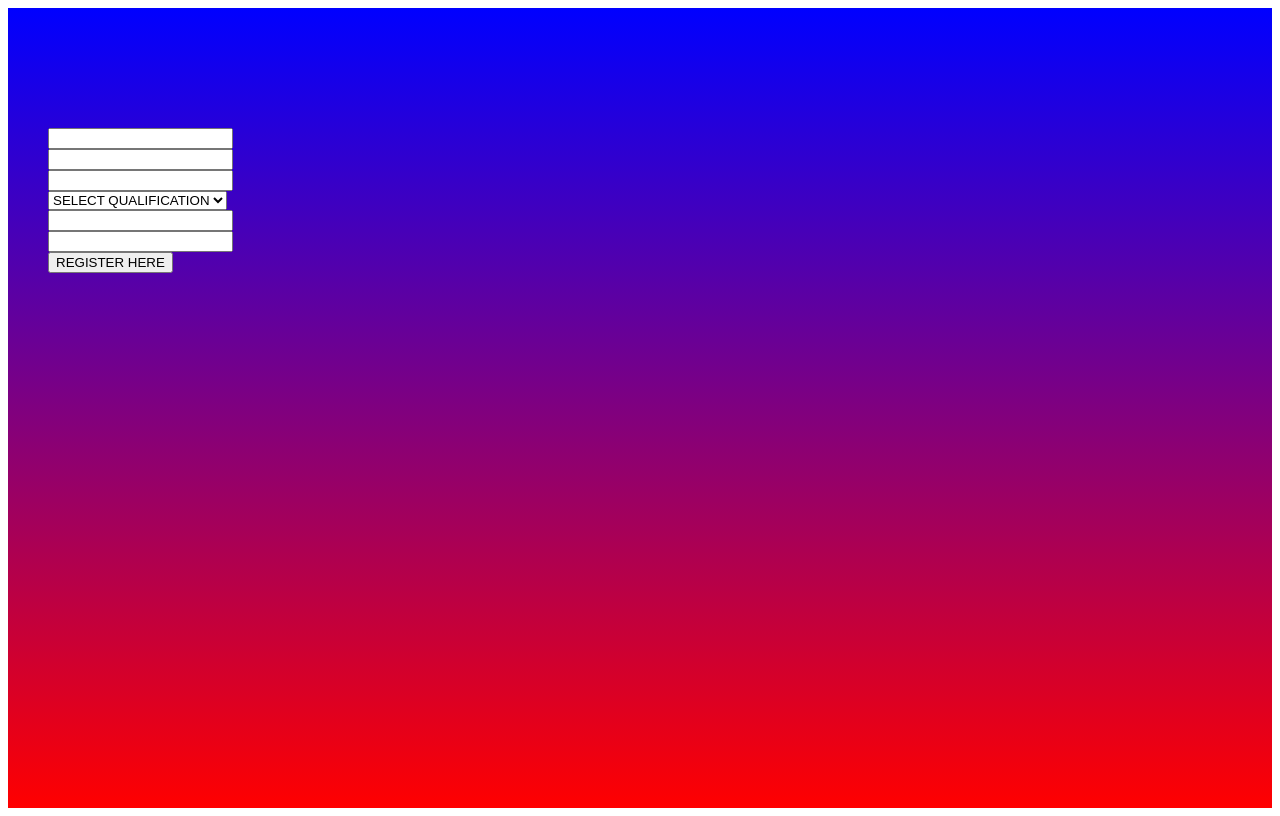
Repository: vaibhaokamble/MY_INSTITUTE_PUNE
Page: SERVLET/RegistrationApplication/src/main/webapp/register.html
The author's editor kept a copy of each file at every save. The page is drawn from the files as they stood at one save, then again after the next save.
The browser window is 1280 px wide. The pictures show the whole page.

Above is the page before, as saved 2022-10-18 04:28:43.

After the next save:
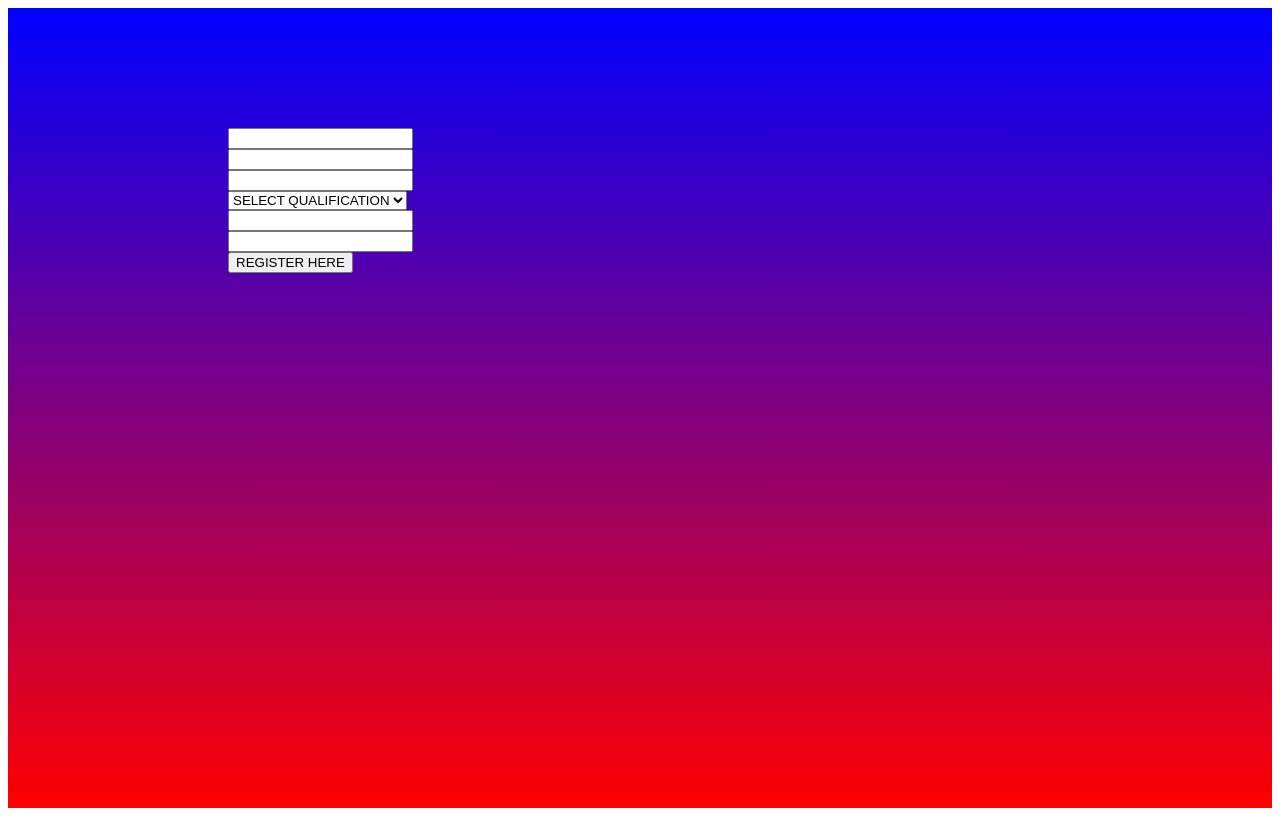
Saved 25 s later.
--- a/SERVLET/RegistrationApplication/src/main/webapp/css/style.css
+++ b/SERVLET/RegistrationApplication/src/main/webapp/css/style.css
@@ -10,6 +10,6 @@ ul {
 	list-style-type: none;
 	padding: 20px;
 	position: absolute;
-	margin-left: 20px;
+	margin-left: 200px;
 	margin-top: 100px;
 }
